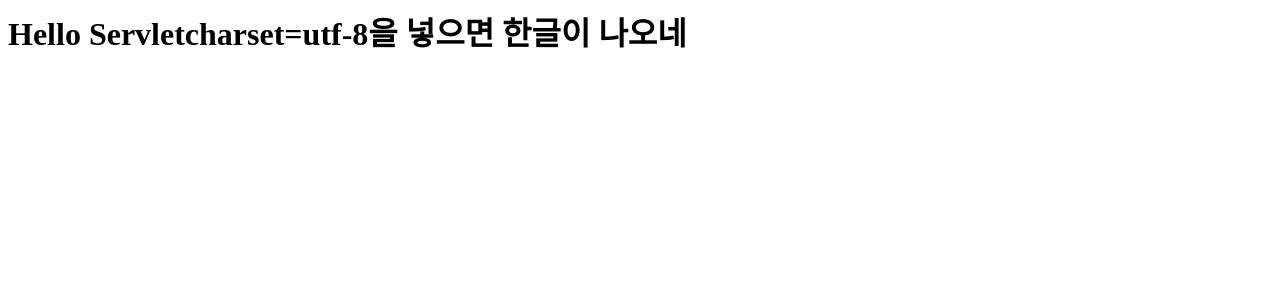
Repository: wonsookyeon/JSP_Study
Page: http://localhost/web-study-02/hello
An editor plug-in stored every save of this project. The page is shown before and after the next save, followed by the edit.
The browser window is 1280 px wide. The pictures show the whole page.
The page is served by Tomcat 9. Other server files are loaded and not shown.

Above is the page before, as saved 2023-05-25 06:48:03.

### web-study-02/src/main/java/unit01/HelloServlet.java
package unit01;

import java.io.IOException;
import java.io.PrintWriter;

import javax.servlet.ServletException;
import javax.servlet.annotation.WebServlet;
import javax.servlet.http.HttpServlet;
import javax.servlet.http.HttpServletRequest;
import javax.servlet.http.HttpServletResponse;

@WebServlet("/hello")
public class HelloServlet extends HttpServlet {
	private static final long serialVersionUID = 1L; // 신경쓰지 않아도 됨

	protected void doGet(HttpServletRequest request, HttpServletResponse response) throws ServletException, IOException {
//		response.setContentType("text/plain"); //마임타입
		response.setContentType("text/html; charset=utf-8");

		PrintWriter out = response.getWriter();
		out.print("<html><body><h1>");
		out.print("Hello Servlet");
		out.println("charset=utf-8을 넣으면 한글이 나오네");
		out.print("</html></body></h1>");

		out.close();
	}

}

After the next save:
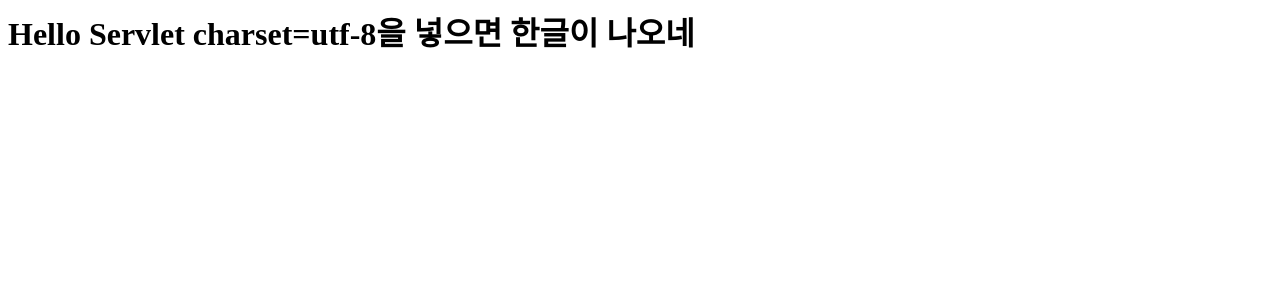
Saved 20 s later.
--- a/web-study-02/src/main/java/unit01/HelloServlet.java
+++ b/web-study-02/src/main/java/unit01/HelloServlet.java
@@ -19,8 +19,8 @@ public class HelloServlet extends HttpServlet {
 
 		PrintWriter out = response.getWriter();
 		out.print("<html><body><h1>");
-		out.print("Hello Servlet");
-		out.println("charset=utf-8을 넣으면 한글이 나오네");
+		out.println("Hello Servlet");
+		out.print("charset=utf-8을 넣으면 한글이 나오네");
 		out.print("</html></body></h1>");
 
 		out.close();
